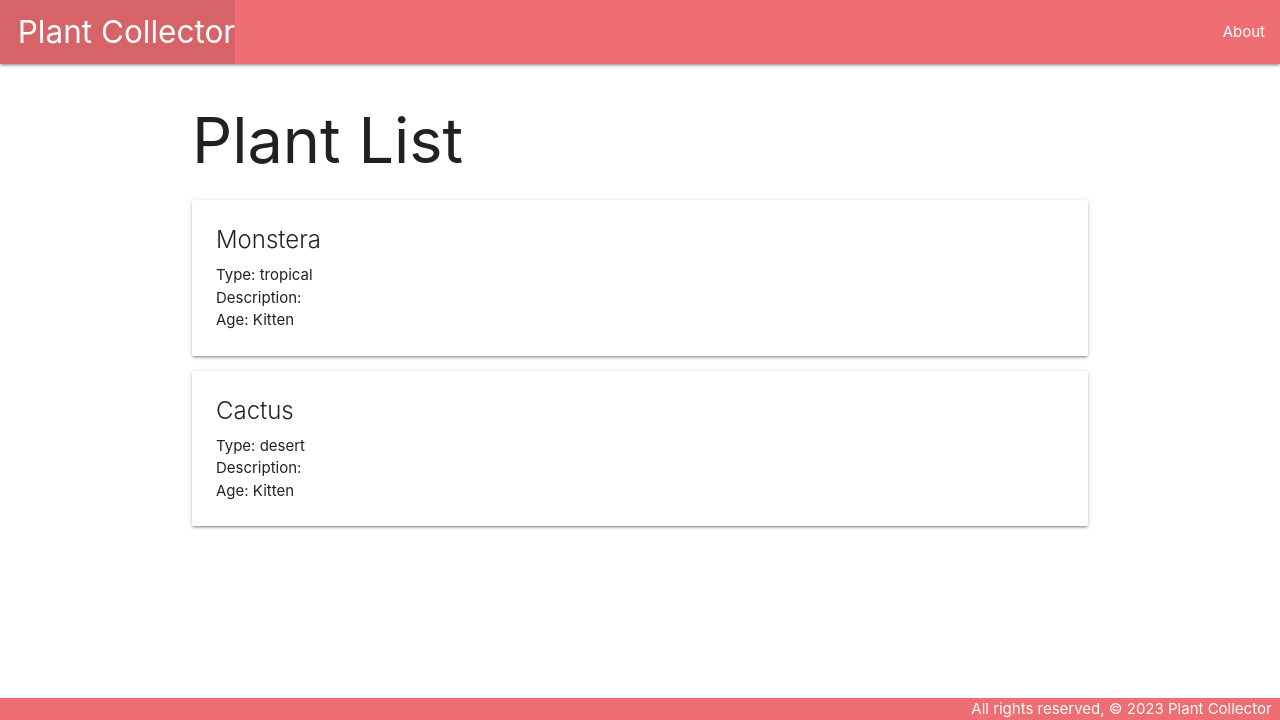
Repository: thecoachanna/plant-collector
Page: http://localhost/plants/
The author's editor kept a copy of each file at every save. The page is drawn from the files as they stood at one save, then again after a run of saves.
The browser window is 1280 px wide. The pictures show the whole page.
The page is served by the project's application, run on Django 4.2 (manage.py). Other server files are loaded and not shown.

Above is the page before, as saved 2023-03-06 19:00:19.

### main_app/templates/plants/index.html
{% extends 'base.html' %}
{% block content %}

<h1>Plant List</h1>

{% for plant in plants %}
  <div class="card">
    <div class="card-content">
      <span class="card-title">{{ plant.name }}</span>
      <p>Type: {{ plant.type }}</p>
      <p>Description:</p>
      {% if cat.age > 0 %}
        <p>Age: {{ cat.age }}</p>
      {% else %}
        <p>Age: Kitten</p>
      {% endif %}
    </div>
  </div>
{% endfor %}

{% endblock %}

### main_app/templates/base.html
{% load static %}
<!DOCTYPE html>
<html lang="en">
<head>
    <meta charset="UTF-8">
    <meta http-equiv="X-UA-Compatible" content="IE=edge">
    <meta name="viewport" content="width=device-width, initial-scale=1.0">
    <title>Plant Collector</title>
    <link rel="stylesheet" href="https://cdnjs.cloudflare.com/ajax/libs/materialize/1.0.0/css/materialize.min.css">
    <script src="https://cdnjs.cloudflare.com/ajax/libs/materialize/1.0.0/js/materialize.min.js"></script>
    <link rel="stylesheet" type="text/css" href="{% static 'css/style.css' %}">
</head>
<body>
    <header class="navbar-fixed">
        <nav>
            <div class="nav-wrapper">
                <ul>
                    <li><a href="/" class="left brand-logo">&nbsp;&nbsp;Plant Collector</a></li>
                </ul>
                <ul class="right">
                    <li><a href="{% url 'about' %}">About</a></li>
                    {% comment %} <li><a href="{% url 'plants_create' %}">Add a Plant</a></li>
                    <li><a href="{% url 'index' %}">View All My Plants</a></li> {% endcomment %}
                </ul>
            </div>
        </nav>
    </header>
    <main class="container">
        {% block content %}
        {% endblock %}
    </main>
    <footer class="page-footer">
        <div class="right">All rights reserved, &copy; 2023 Plant Collector &nbsp;</div>
    </footer>
</body>
</html>

### main_app/views.py
from django.shortcuts import render

# temporary plants for building templates
plants = [
    {'name': 'Monstera', 'type': 'tropical'},
    {'name': 'Cactus', 'type': 'desert'}
]

# Create your views here.
# View functions match URLs to code like Controllers in Express
# define home view function
def home(request):
    return render(request, 'home.html')

# define about view function
def about(request):
    return render(request, 'about.html')

# index route for plants
def plants_index(request):
    return render(request, 'plants/index.html', {'plants': plants})

### plantcollector/urls.py
"""plantcollector URL Configuration

The `urlpatterns` list routes URLs to views. For more information please see:
    https://docs.djangoproject.com/en/4.1/topics/http/urls/
Examples:
Function views
    1. Add an import:  from my_app import views
    2. Add a URL to urlpatterns:  path('', views.home, name='home')
Class-based views
    1. Add an import:  from other_app.views import Home
    2. Add a URL to urlpatterns:  path('', Home.as_view(), name='home')
Including another URLconf
    1. Import the include() function: from django.urls import include, path
    2. Add a URL to urlpatterns:  path('blog/', include('blog.urls'))
"""
from django.contrib import admin
from django.urls import path, include

urlpatterns = [
    path('admin/', admin.site.urls),
    # '' represents the "starts with" path
    path('', include('main_app.urls')),
]

### main_app/urls.py
from django.urls import path
from . import views

urlpatterns = [
    # using an empty string makes this the root route
    # views.home refers to a view that renders a file
    # the name='home' kwarg gives the route a name
    # naming routes is optional but best practice
    path('', views.home, name='home'),
    path('about/', views.about, name='about'),
    # path for plants
    path('plants/', views.plants_index, name='index'),
]

Loaded but not shown: main_app/static/css/style.css (common file)

After the next 2 saves:
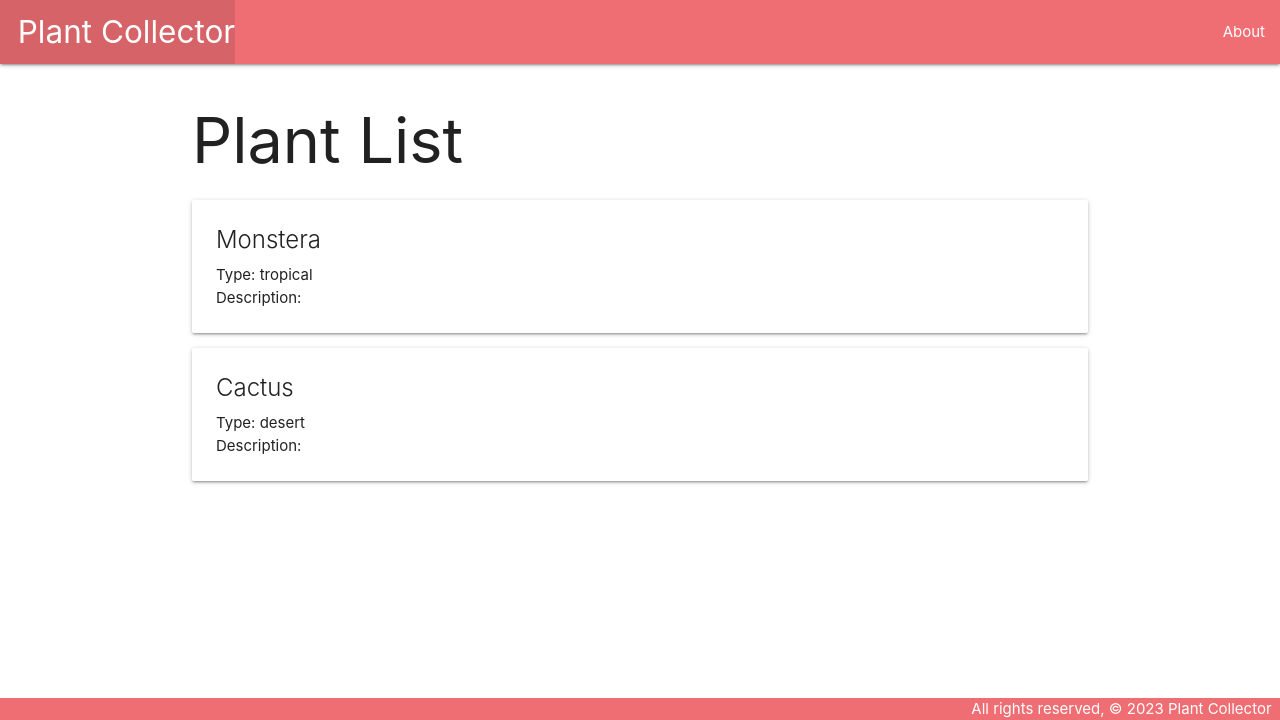
The 2 saves are shown as one change because 1 did not build or start.
The last was saved 36 s later.
--- a/main_app/templates/plants/index.html
+++ b/main_app/templates/plants/index.html
@@ -9,11 +9,6 @@
       <span class="card-title">{{ plant.name }}</span>
       <p>Type: {{ plant.type }}</p>
       <p>Description:</p>
-      {% if cat.age > 0 %}
-        <p>Age: {{ cat.age }}</p>
-      {% else %}
-        <p>Age: Kitten</p>
-      {% endif %}
     </div>
   </div>
 {% endfor %}
